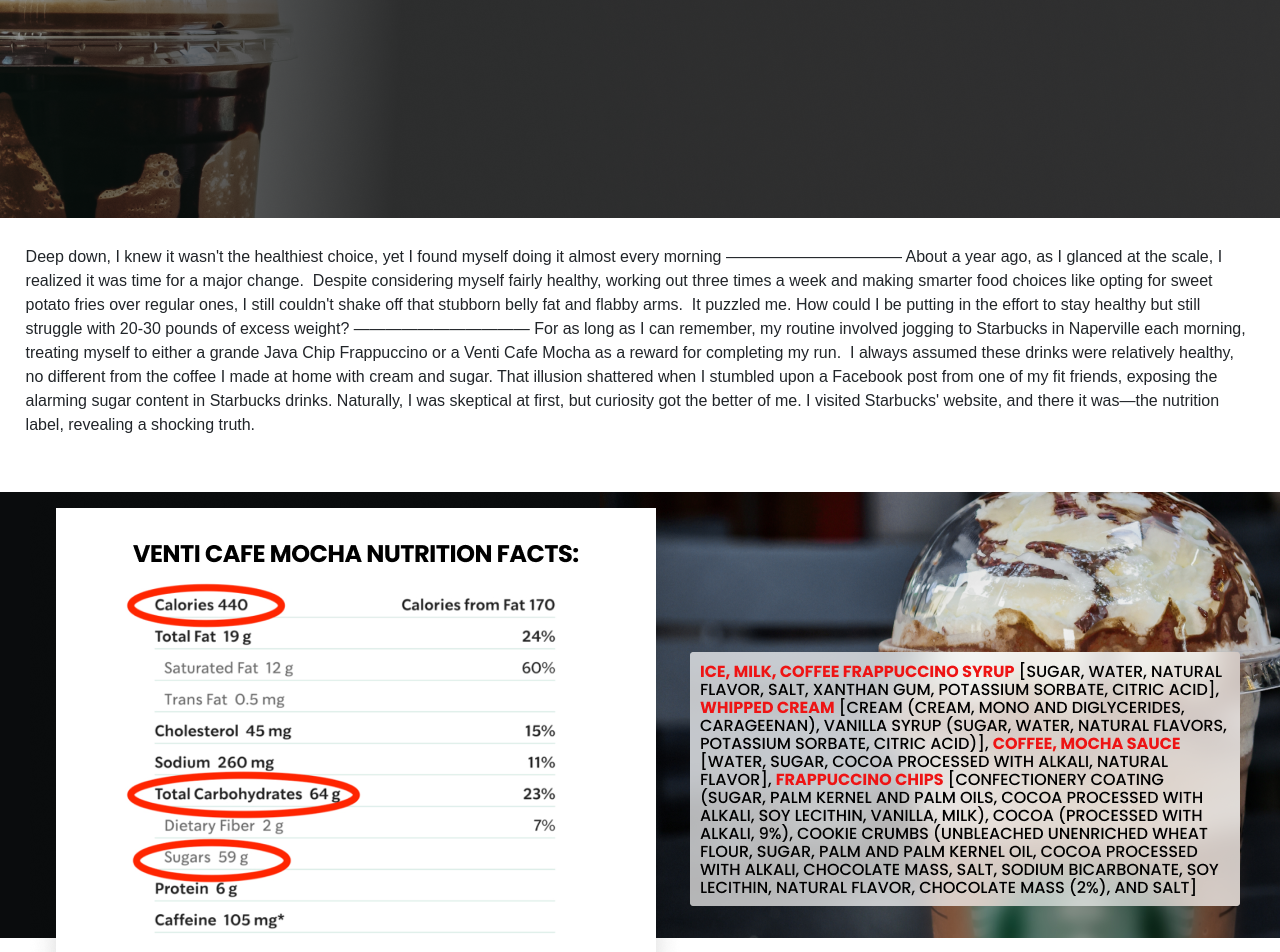
Repository: dariusprince90/wellness-landing
Page: index.html
The author's editor kept a copy of each file at every save. The page is drawn from the files as they stood at one save, then again after the next save.
The browser window is 1280 px wide. The pictures show the part of the page from y = 702 to 1654 px (the page is 7228 px tall before and 7289 px after).

Above is the page before, as saved 2023-07-27 13:38:54.

After the next save:
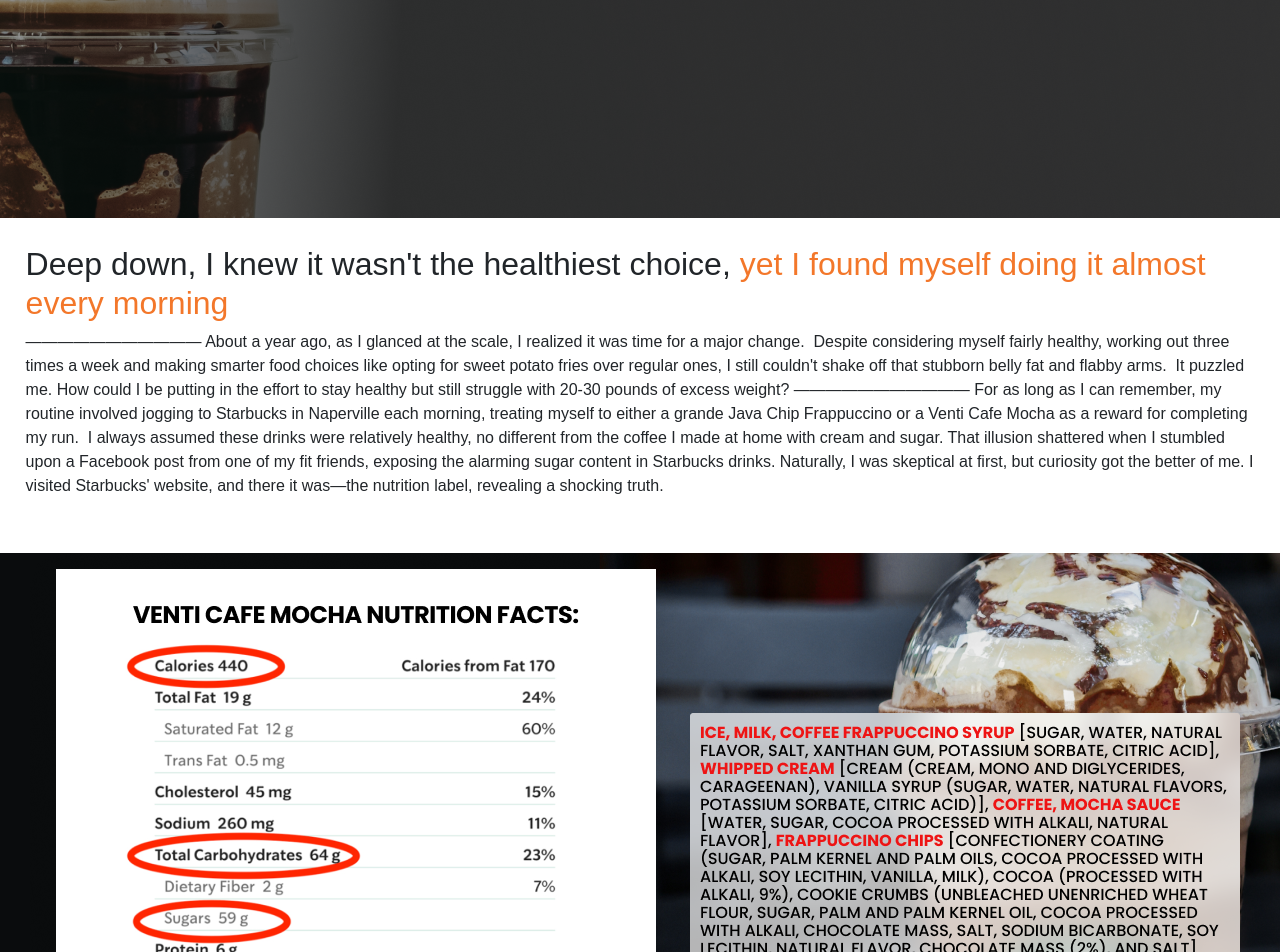
Saved 86 s later.
--- a/index.html
+++ b/index.html
@@ -84,7 +84,7 @@
 
         </section>
         <section class="s-004-text">
-            Deep down, I knew it wasn't the healthiest choice, yet I found myself doing it almost every morning
+            <h2>Deep down, I knew it wasn't the healthiest choice, <span class="emphasis_Orange">yet I found myself doing it almost every morning</span></h2>
 
             ———————————
 
